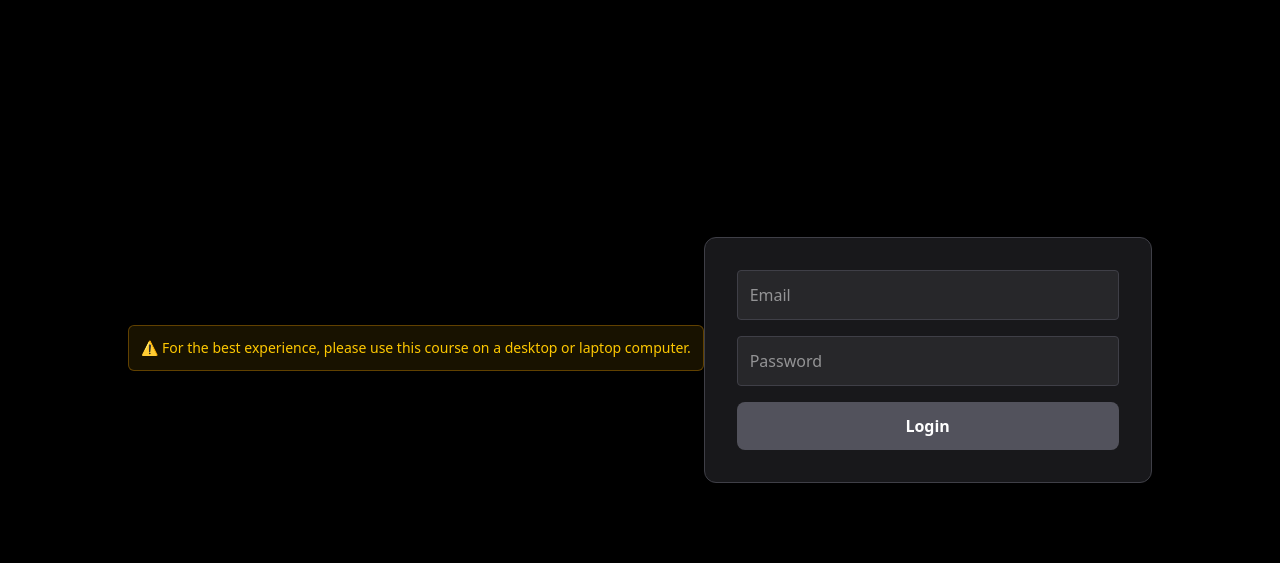
Repository: sanghaarman6-cmyk/edge
Page: /auth/login
An editor plug-in stored every save of this project. The page is shown before and after the next save, followed by the edit.
The browser window is 1280 px wide. The pictures show the whole page.
The page's requests for data from a server got no answer. The project was rebuilt for these pictures with package versions that can differ from the ones it lists, and the page was loaded fresh each time. The framework's server and built-in components were replaced by stand-ins that run in the browser. No one was signed in, and anything a server would have sent is missing. Also part of the build but not shown: next.config.ts.

Above is the page before, as saved 2025-12-02 03:22:00.

After the next save:
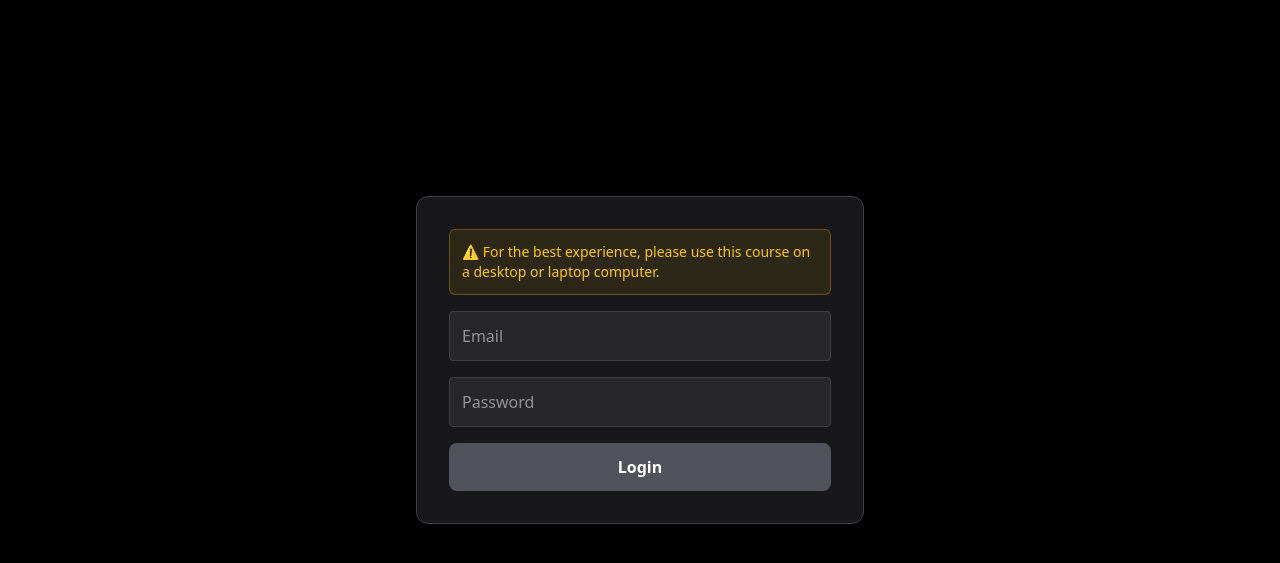
Saved 2 min 3 s later.
--- a/app/auth/login/page.tsx
+++ b/app/auth/login/page.tsx
@@ -14,7 +14,7 @@ export default function LoginPage() {
     e.preventDefault();
     setError('');
 
-    const { data, error } = await supabase.auth.signInWithPassword({
+    const { error } = await supabase.auth.signInWithPassword({
       email,
       password,
     });
@@ -29,35 +29,42 @@ export default function LoginPage() {
 
   return (
     <div className="flex items-center justify-center min-h-screen bg-black text-white">
-      <div className="mb-6 p-3 bg-yellow-500/10 border border-yellow-600/40 text-yellow-400 rounded-md text-sm">
-        ⚠️ For the best experience, please use this course on a desktop or laptop computer.
-      </div>
 
-      <form onSubmit={handleLogin} className="bg-zinc-900 p-8 rounded-xl w-full max-w-md space-y-4 border border-zinc-700">
+      {/* CARD WRAPPER */}
+      <div className="bg-zinc-900 p-8 rounded-xl w-full max-w-md border border-zinc-700 space-y-4">
 
+        {/* Warning INSIDE the card */}
+        <div className="p-3 bg-yellow-500/10 border border-yellow-600/40 text-yellow-400 rounded-md text-sm">
+          ⚠️ For the best experience, please use this course on a desktop or laptop computer.
+        </div>
 
+        {/* Error */}
         {error && <p className="text-red-400">{error}</p>}
 
-        <input
-          type="email"
-          placeholder="Email"
-          className="w-full p-3 rounded bg-zinc-800 border border-zinc-700"
-          value={email}
-          onChange={(e) => setEmail(e.target.value)}
-        />
+        {/* Form */}
+        <form onSubmit={handleLogin} className="space-y-4">
+          <input
+            type="email"
+            placeholder="Email"
+            className="w-full p-3 rounded bg-zinc-800 border border-zinc-700"
+            value={email}
+            onChange={(e) => setEmail(e.target.value)}
+          />
 
-        <input
-          type="password"
-          placeholder="Password"
-          className="w-full p-3 rounded bg-zinc-800 border border-zinc-700"
-          value={password}
-          onChange={(e) => setPassword(e.target.value)}
-        />
+          <input
+            type="password"
+            placeholder="Password"
+            className="w-full p-3 rounded bg-zinc-800 border border-zinc-700"
+            value={password}
+            onChange={(e) => setPassword(e.target.value)}
+          />
 
-        <button className="w-full bg-zinc-600 py-3 rounded-lg font-semibold hover:bg-zinc-700">
-          Login
-        </button>
-      </form>
+          <button className="w-full bg-zinc-600 py-3 rounded-lg font-semibold hover:bg-zinc-700">
+            Login
+          </button>
+        </form>
+
+      </div>
     </div>
   );
 }
